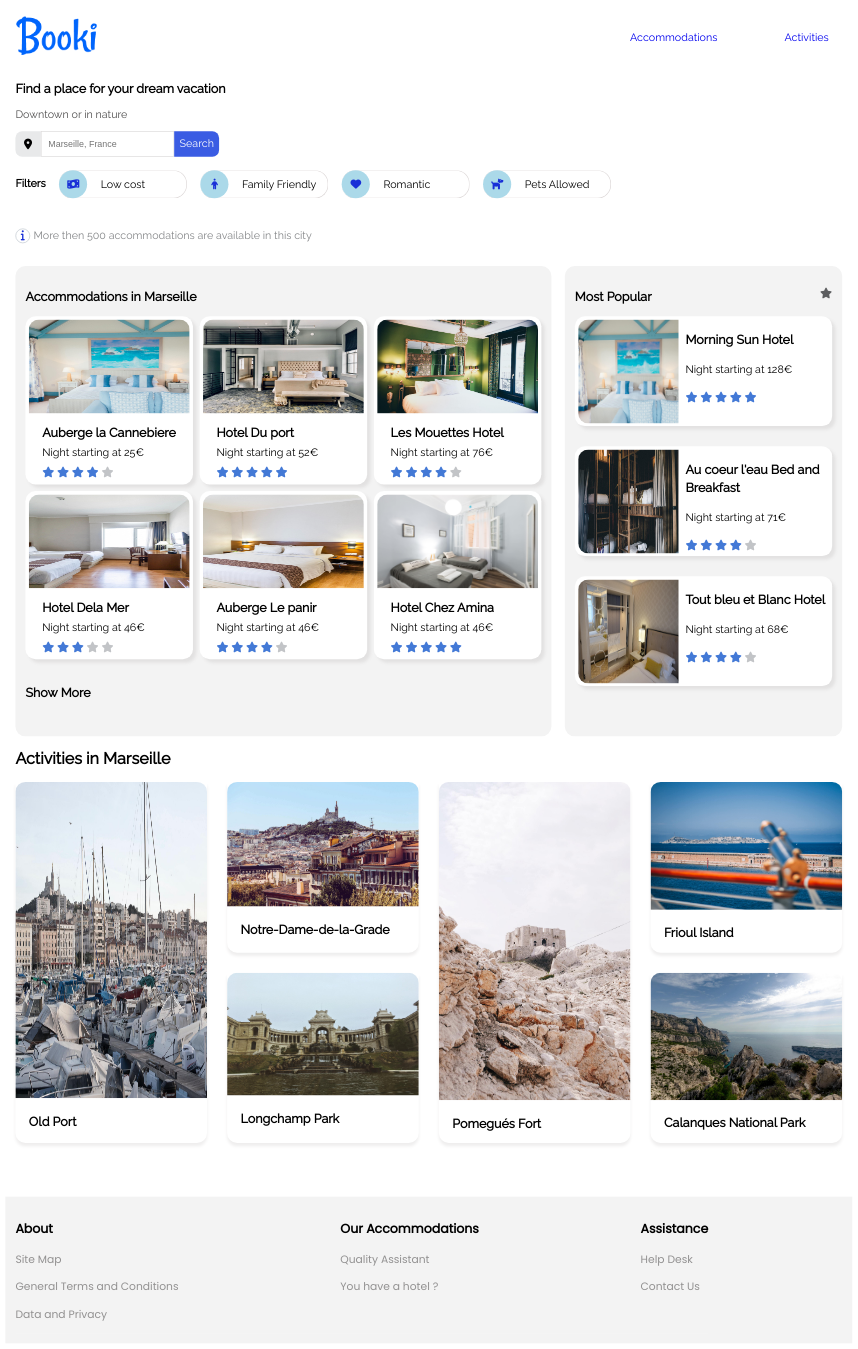
Repository: ailahin/booki
Page: index.html
These files come from the project's save history. The page is drawn as it stood at one moment and after the next save; the edit follows.
The browser window is 1280 px wide. The pictures show the whole page, at 67% of full size.
Some web fonts or font styles are not loaded; a fallback is used. Some web libraries are served in a nearby version.

Above is the page before, as saved 2023-07-22 12:48:00.

### index.html
<!DOCTYPE html>
<html lang="en">
<head>
    <meta charset="UTF-8">
    <meta http-equiv="X-UA-Compatible" content="IE=edge">
    <meta name="viewport" content="width=device-width, initial-scale=1.0">
    <title>Booki</title>
    <link rel="stylesheet" href="css/index.css">
    <link rel="stylesheet" href="https://fonts.googleapis.com/css?family=Poppins|Sofia|Trirong">

    <!-- Google fronts -->
    <link rel="preconnect" href="https://fonts.googleapis.com">
    <link rel="preconnect" href="https://fonts.gstatic.com" crossorigin>
    <link href="https://fonts.googleapis.com/css2?family=Poppins&display=swap" rel="stylesheet">

    <link rel="preconnect" href="https://fonts.googleapis.com">
    <link rel="preconnect" href="https://fonts.gstatic.com" crossorigin>
    <link href="https://fonts.googleapis.com/css2?family=Raleway&display=swap" rel="stylesheet">

    <script src="https://kit.fontawesome.com/a5dfdf2455.js" crossorigin="anonymous"></script>

</head>
<body>
    <header class="body">
        <nav>
            <div class="navbar">
                <div class="booki">
                    <img src="images/logo/Booki.png" alt="">
                </div>

                <div class="nav-flex">
                    <div id="nav-accommodation-text">
                        <a href="#accommodation">Accommodations</a>
                     </div>
                     <div id="nav-activities-text" class="activities">
                         <a href="#activities"> Activities</a>
                     </div>
               </div>
            </div>
        </nav>
    </header>

   <main class="body">
    <section>
        <div>
            <h3 class="dream-vacation">Find  a place for your dream vacation</h3>
        <p class="downtown"> Downtown or in nature</p>
        </div>

        <div class="search-bar">
            <div class="search-icon"> <i class="fa-solid fa-location-dot"></i> </div>
            <div class="search-place">
                <div class="placeholder">
                <input type="search" name="marseille, France" placeholder="Marseille, France" id="marseille">
            </div>
        </div>
            <div class="search-btn">Search</div>
        </div>

        <div>
            <div class="filters-bar">


                <div class="filters">
                    <div class="filters-text">
                        <H4>Filters</H4>
                    </div>
                    <div class="cost">
                        <div class="filters-icon"> <i class="fa-solid fa-money-bill-wave" style="color: #192fd7;"></i></div>
                        <div class="icon">Low cost</div>
                    </div>

                       <div class="cost">
                        <div class="filters-icon"> <i class="fa-solid fa-person" style="color: #192fd7;"></i></div>
                        <div class="icon">Family Friendly</div>
                       </div>

                       <div class="cost">
                        <div class="filters-icon"> <i class="fa-solid fa-heart" style="color: #192fd7;"></i></div>
                        <div class="icon">Romantic</div>
                       </div>

                       <div class="cost">
                        <div class="filters-icon"> <i class="fa-solid fa-dog" style="color: #192fd7;"></i></div>
                        <div class="icon">Pets Allowed</div>
                       </div>


                </div>
            </div>

           <div>
            <div class="info">
                <div >
                    <i class="fa-solid fa-info" style="color: #192fd7;"></i>
                </div>

                <div>
                    <p> More then 500 accommodations are available in this city</p>
                </div>
            </div>
           </div>
        </div>


    </section>
    <section class="accomodations-details">

        <section class="all-accomodations" id="accommodation" >

            <div>
                <h3>Accommodations in Marseille</h3>
            </div>

            <div class="all-accomodations-details">

                <div class="details-container">
                    <div>
                        <img src="images/hebergements/2_large/annie-spratt-Eg1qcIitAuA-unsplash.jpg" alt="">

                    </div>
                    <div class="details-text">
                        <h3>
                            Auberge la Cannebiere
                        </h3>
                        <div>
                            <p>
                                Night starting at 25€
                            </p>
                        </div>
                        <div>
                            <i class="fa-solid fa-star" style="color: #4379d6;"></i>
                            <i class="fa-solid fa-star" style="color: #4379d6;"></i>
                            <i class="fa-solid fa-star" style="color: #4379d6;"></i>
                            <i class="fa-solid fa-star" style="color: #4379d6;"></i>
                            <i class="fa-solid fa-star" style="color: #c2c4c7;"></i>
                        </div>
                    </div>
                </div>

                <div class="details-container">
                    <div><img src="images/hebergements/2_large/aw-creative-VGs8z60yT2c-unsplash.jpg" alt=""></div>
                    <div class="details-text">
                        <h3>Hotel Du port </h3>

                        <div>
                            <p>   Night starting at 52€ </p>
                        </div>
                        <div>
                            <i class="fa-solid fa-star" style="color: #4379d6;"></i>
                            <i class="fa-solid fa-star" style="color: #4379d6;"></i>
                            <i class="fa-solid fa-star" style="color: #4379d6;"></i>
                            <i class="fa-solid fa-star" style="color: #4379d6;"></i>
                            <i class="fa-solid fa-star" style="color: #4379d6;"></i>

                        </div>
                    </div>
                </div>
                <div class="details-container">
                    <div><img src="images/hebergements/2_large/emile-guillemot-Bj_rcSC5XfE-unsplash.jpg" alt=""></div>
                    <div class="details-text">
                        <h3> Les Mouettes Hotel</h3>

                        <div>
                            <p>
                                Night starting at 76€
                            </p>
                            <div>
                                <i class="fa-solid fa-star" style="color: #4379d6;"></i>
                                <i class="fa-solid fa-star" style="color: #4379d6;"></i>
                                <i class="fa-solid fa-star" style="color: #4379d6;"></i>
                                <i class="fa-solid fa-star" style="color: #4379d6;"></i>
                                <i class="fa-solid fa-star" style="color: #c2c4c7;"></i>
                            </div>
                        </div>
                    </div>
                </div>
                <div class="details-container">
                    <div><img src="images/hebergements/2_large/febrian-zakaria-M6S1WvfW68A-unsplash.jpg" alt=""></div>

                    <div class="details-text">
                        <h3>
                                Hotel Dela Mer
                        </h3>
                        <div>
                            <p> Night starting at 46€</p>
                        </div>
                        <div>
                            <i class="fa-solid fa-star" style="color: #4379d6;"></i>
                            <i class="fa-solid fa-star" style="color: #4379d6;"></i>
                            <i class="fa-solid fa-star" style="color: #4379d6;"></i>

                            <i class="fa-solid fa-star" style="color: #c2c4c7;"></i>
                            <i class="fa-solid fa-star" style="color: #c2c4c7;"></i>
                        </div>
                    </div>
                </div>
                <div class="details-container">
                    <div><img src="images/hebergements/2_large/febrian-zakaria-sjvU0THccQA-unsplash.jpg" alt=""></div>

                    <div class="details-text">
                        <h3>Auberge Le panir</h3>
                    </div>
                    <div class="details-text">
                        <p > Night starting at 46€ </p>
                    </div>
                    <div class="details-text">
                        <i class="fa-solid fa-star" style="color: #4379d6;"></i>
                        <i class="fa-solid fa-star" style="color: #4379d6;"></i>
                        <i class="fa-solid fa-star" style="color: #4379d6;"></i>
                        <i class="fa-solid fa-star" style="color: #4379d6;"></i>

                        <i class="fa-solid fa-star" style="color: #c2c4c7;"></i>

                    </div>


                </div>
                <div class="details-container">
                    <div><img src="images/hebergements/2_large/fred-kleber-gTbaxaVLvsg-unsplash.jpg" alt=""></div>

                    <div class="details-text">
                        <h3>Hotel Chez Amina</h3>
                        <div>
                            <p>Night starting at 46€</p>
                        </div>
                        <div>
                            <i class="fa-solid fa-star" style="color: #4379d6;"></i>
                            <i class="fa-solid fa-star" style="color: #4379d6;"></i>
                            <i class="fa-solid fa-star" style="color: #4379d6;"></i>
                            <i class="fa-solid fa-star" style="color: #4379d6;"></i>
                            <i class="fa-solid fa-star" style="color: #4379d6;"></i>

                        </div>
                    </div>


                </div>


            </div>

            <div class="show-more">
                <h3>Show More</h3>
            </div>

        </section>

        <section class="most-popular">

            <div class="most-popular-icon">
                <h3>
                    Most Popular
                </h3>
                <p>
                    <i class="fa-solid fa-star" style="color: #5d5e60" > </i>
                </p>


            </div>

            <div class="most-popular-details">
                <div class="popular-details-container">
                    <div>
                        <img src="images/hebergements/2_large/annie-spratt-Eg1qcIitAuA-unsplash.jpg" alt="">
                    </div>
                    <div class="popular-details-text">
                        <h3>Morning Sun Hotel</h3>
                        <p>Night starting at 128€</p>
                        <div>
                            <div>
                                <i class="fa-solid fa-star" style="color: #4379d6;"></i>
                                <i class="fa-solid fa-star" style="color: #4379d6;"></i>
                                <i class="fa-solid fa-star" style="color: #4379d6;"></i>
                                <i class="fa-solid fa-star" style="color: #4379d6;"></i>
                                <i class="fa-solid fa-star" style="color: #4379d6;"></i>

                            </div>
                        </div>
                    </div>
                </div>
                <div class="popular-details-container" >
                    <div>
                        <img src="images/hebergements/2_large/nicate-lee-kT-ZyaiwBe0-unsplash.jpg" alt="">
                    </div>
                    <div class="popular-details-text">
                        <h3>Au coeur l'eau Bed and Breakfast</h3>
                        <p>Night starting at 71€</p>
                        <div>
                            <i class="fa-solid fa-star" style="color: #4379d6;"></i>
                            <i class="fa-solid fa-star" style="color: #4379d6;"></i>
                            <i class="fa-solid fa-star" style="color: #4379d6;"></i>
                            <i class="fa-solid fa-star" style="color: #4379d6;"></i>
                            <i class="fa-solid fa-star" style="color: #c2c4c7;"></i>

                        </div>
                    </div>
                </div>
                <div class="popular-details-container">
                    <div>
                        <img src="images/hebergements/2_large/reisetopia-B8WIgxA_PFU-unsplash.jpg" alt="">
                    </div>
                    <div class="popular-details-text">
                        <h3>Tout bleu et Blanc Hotel</h3>
                        <p>Night starting at 68€</p>
                        <div>
                            <i class="fa-solid fa-star" style="color: #4379d6;"></i>
                            <i class="fa-solid fa-star" style="color: #4379d6;"></i>
                            <i class="fa-solid fa-star" style="color: #4379d6;"></i>
                            <i class="fa-solid fa-star" style="color: #4379d6;"></i>
                            <i class="fa-solid fa-star" style="color: #c2c4c7;"></i>

                        </div>
                    </div>
                </div>

            </div>



        </section>

    </section>

    <section id="activities">
        <div>
            <h1> Activities in Marseille</h1>
        </div>
        <div>
            <div class="activites-images">
                <div class="activites-container" id="one">
                  <div>
                    <img src="images/activites/2_large/reno-laithienne-QUgJhdY5Fyk-unsplash.jpg " alt="">
                  </div>

                  <div class="text-container">
                    <h3>Old Port</h3>
                </div>
                </div>
                <div class="activites-container" id="two">
                    <div>
                        <img src="images/activites/2_large/florian-wehde-xW9e8gdotxI-unsplash.jpg" alt="">
                    </div>
                    <div class="text-container">
                        <h3>Notre-Dame-de-la-Grade</h3>
                    </div>
                </div>
                <div  class="activites-container" id="three">
                    <div>
                        <img src="images/activites/2_large/lena-paulin-wH2-EJoDcV0-unsplash.jpg" alt="">
                    </div>
                    <div class="text-container">
                        <h3>Longchamp Park </h3>
                    </div>
                 </div>
                <div class="activites-container" id="four">
                    <div>
                        <img src="images/activites/2_large/paul-hermann-QFTrLdQIRhI-unsplash.jpg" alt="">
                    </div>

                    <div class="text-container">
                        <h3>Pomegués Fort</h3>
                    </div>
                </div>
                <div class="activites-container" id="five">
                   <div>
                    <img src="images/activites/2_large/kevin-hikari-rV_Qd1l-VXg-unsplash.jpg " alt="">
                   </div>
                   <div class="text-container">
                    <h3> Frioul Island </h3>
                   </div>
                </div>
                <div class="activites-container" id="six">
                    <div>
                        <img src="images/activites/2_large/kilyan-sockalingum-NR8-cBCN3aI-unsplash.jpg" alt="">
                    </div>

                    <div class="text-container">
                        <h3>Calanques National Park</h3>
                    </div>
                </div>
            </div>
        </div>
    </section>
   </main>

    <footer class="footer-main">
        <section>
            <div class="footer">
                <div class="about">
                    <h3> About</h3>
                    <p> Site Map</p>
                    <p>General Terms and Conditions  </p>
                    <p>Data and Privacy </p>


                </div>
                <div class="accommodations">
                    <h3> Our Accommodations</h3>
                    <p>Quality Assistant</p>
                    <p>You have a hotel ?</p>

                </div>

                <div class="assistance">
                        <h3>
                            Assistance
                        </h3>

                        <p>Help Desk</p>
                        <p>Contact Us</p>
                </div>
            </div>
        </section>

    </footer>

</body>
</html>

Loaded but not shown: css/index.css (522 lines, source omitted)

After the next save:
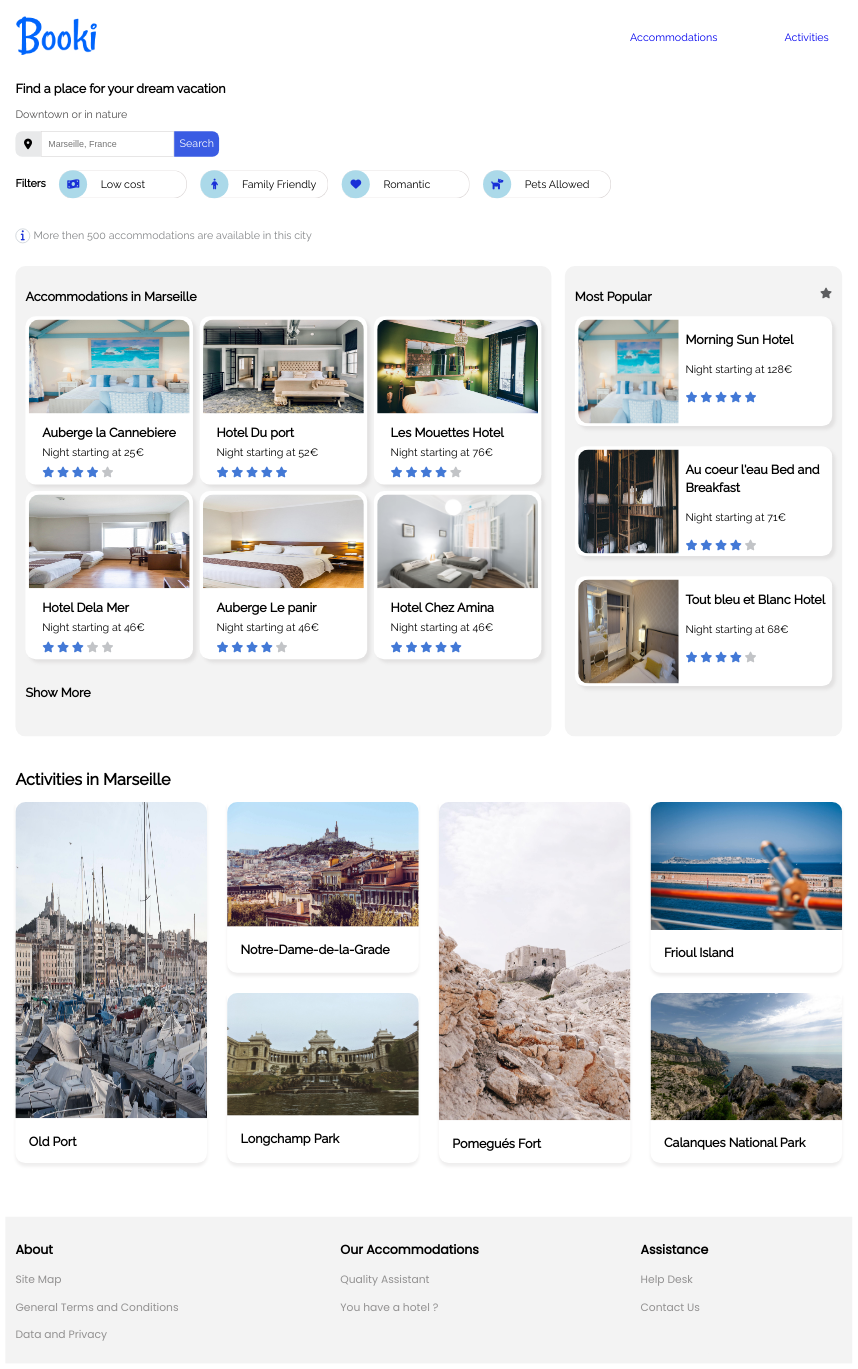
Saved 22 s later.
--- a/index.html
+++ b/index.html
@@ -322,7 +322,7 @@
 
     </section>
 
-    <section id="activities">
+    <section class="activites-section" id="activities">
         <div>
             <h1> Activities in Marseille</h1>
         </div>
